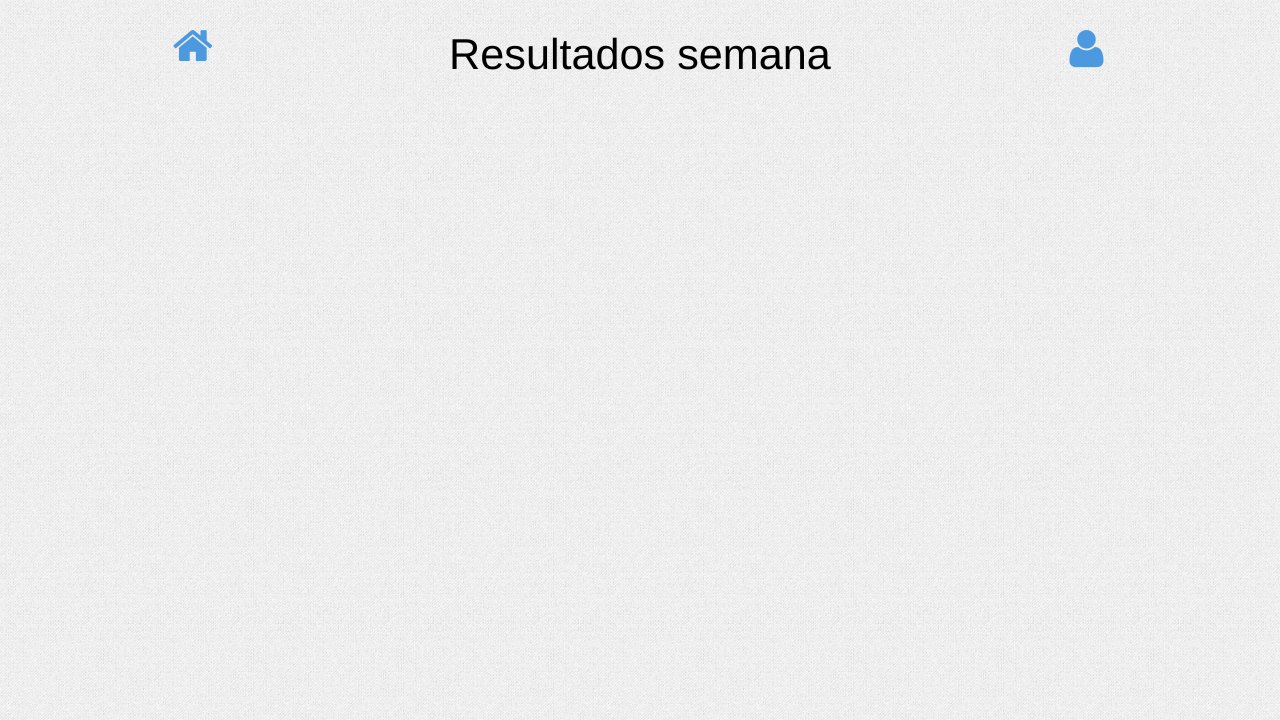
Repository: SCeruso/RememberMe
Page: resultados_semana.html
The author's editor kept a record of every edit. The page is drawn from the files as they stood at one moment, then again after the next edit.
The browser window is 1280 px wide. The pictures show the whole page.
Some web libraries are served in a nearby version.

Above is the page before.

After the next edit:
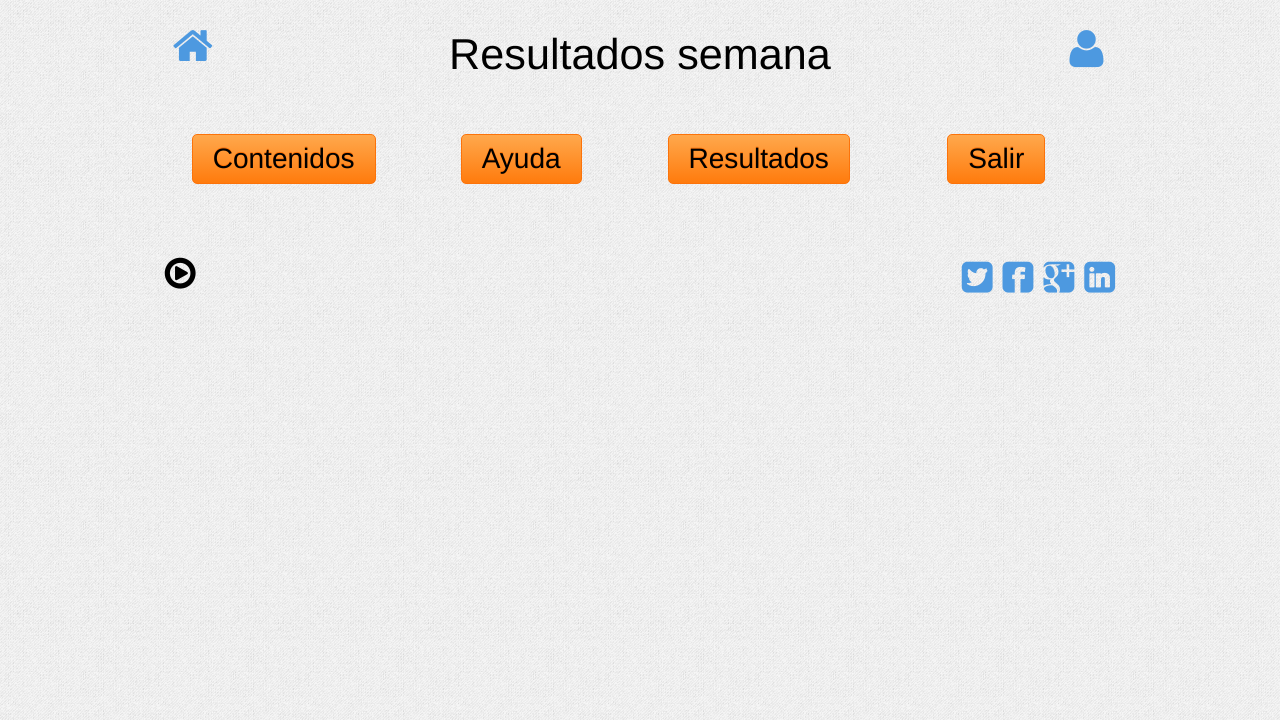
The edit:
--- a/resultados_semana.html
+++ b/resultados_semana.html
@@ -37,3 +37,51 @@
 		</h2>
 		<br>
     </div>
+
+
+
+
+
+
+
+
+    <div class="col_12">
+        <div class="col_3">
+            <h5 style="margin-bottom:40px;" class="center">
+                <a class="large button orange" href="contenido.html"><font color="black">Contenidos</font></a>
+            </h5>
+        </div>
+        <div class="col_3">
+            <h5 style="margin-bottom:40px;" class="center">
+                <a class="large button orange" href="registrarse.html"><font color="black">Ayuda</font></a>
+            </h5>
+        </div>
+        <div class="col_3">
+            <h5 style="margin-bottom:40px;" class="center">
+                <a class="large button orange" href="registrarse.html"><font color="black">Resultados</font></a>
+            </h5>
+        </div>
+        <div class="col_3">
+            <h5 style="margin-bottom:40px;" class="center">
+                <a class="large button orange" href="bienvenido.html"><font color="black">Salir</font></a>
+            </h5>
+        </div>
+    </div>
+
+    <div class="col_12">
+        <h3 class="right">
+            <a href = "http://www.twitter.com" target = "blank">
+                <i class="icon-twitter-sign" title= "Twitter"></i></a>
+            <a href = "http://www.facebook.com" target = "blank">
+                <i class="icon-facebook-sign" title= "Facebook"></i></a>
+            <a href = "http://www.google.com" target = "blank">
+                <i class="icon-google-plus-sign" title= "Google +"></i></a>
+            <a href = "http://www.linkedin.com" target = "blank">
+                <i class="icon-linkedin-sign" title= "Linkedin"></i></a>
+            <i class=" icon-play-circle pull-left"></i>
+
+        </h3>
+    </div>
+</div> <!-- End Grid -->
+</body>
+</html>
